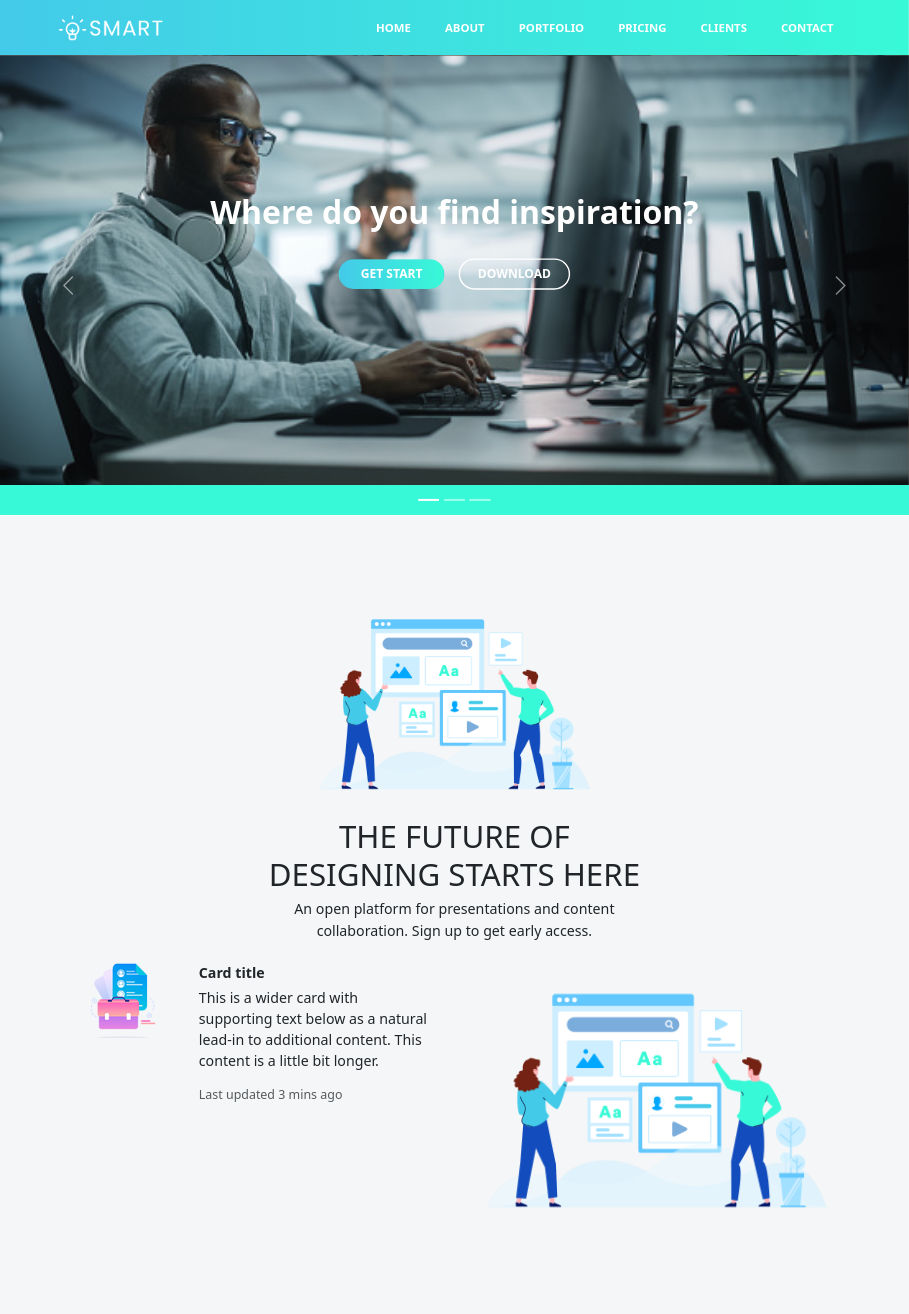
Repository: rizwan-zafar/smart-React
Page: /
These files come from the project's save history. The page is drawn as it stood at one moment and after the next save; the edit follows.
The browser window is 1280 px wide. The pictures show the whole page, at 71% of full size.
The project was rebuilt for these pictures with package versions that can differ from the ones it lists, and the page was loaded fresh each time.

Above is the page before, as saved 2022-11-17 11:27:18.

After the next save:
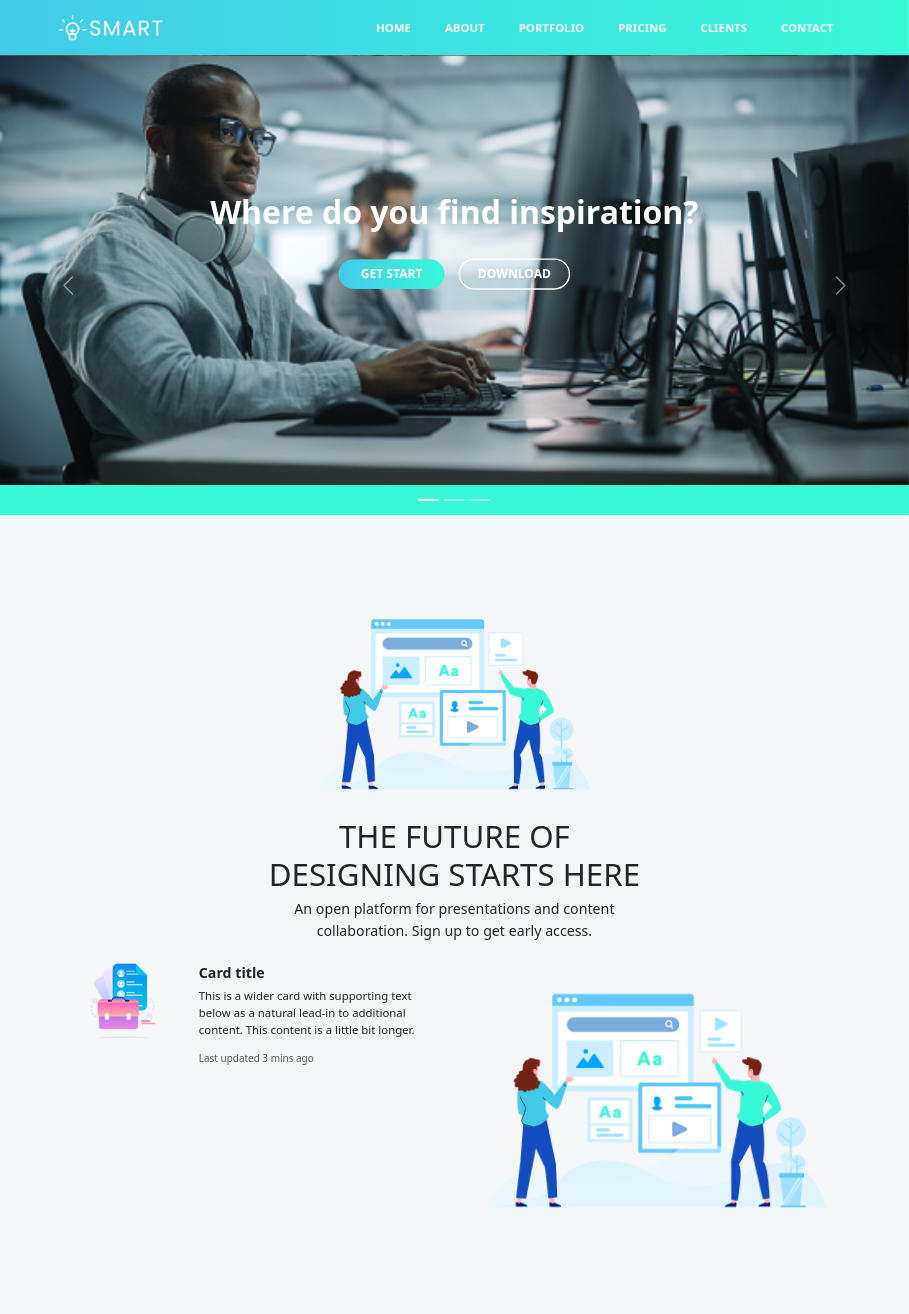
Saved 6 s later.
--- a/src/Css/Services.css
+++ b/src/Css/Services.css
@@ -8,7 +8,7 @@
     text-transform: uppercase;
 
 }
-.services  p{
+.services .custom-container p{
     font-size: 20px;
 }
 .services .custom-image
